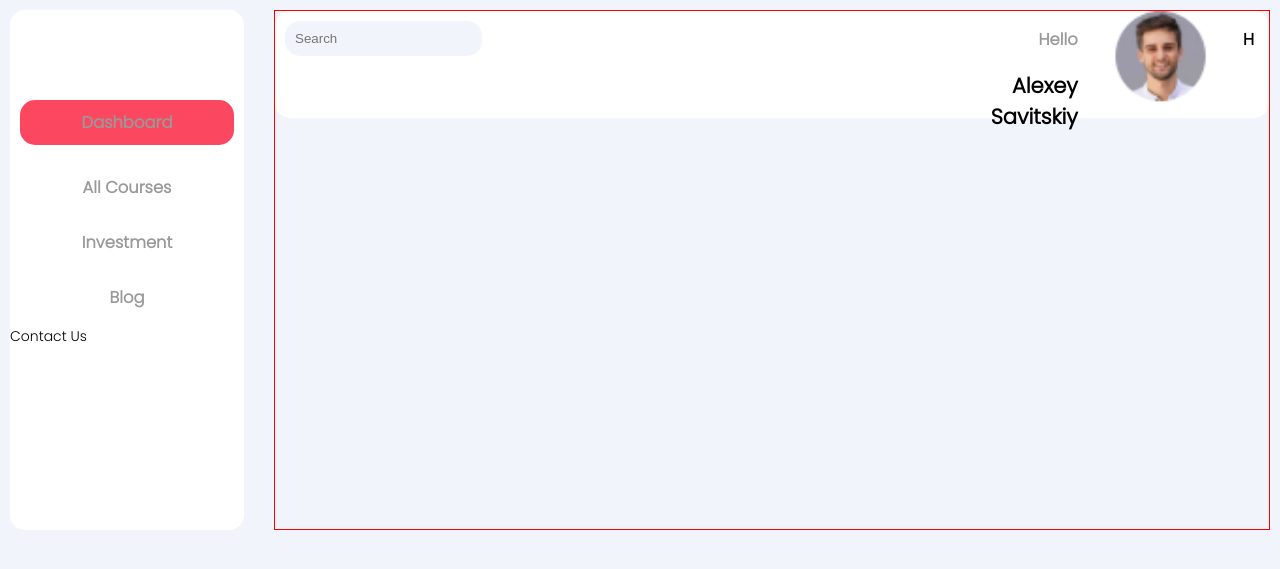
Repository: Anuruddha00/dashboard-design
Page: /
An editor plug-in stored every save of this project. The page is shown before and after the next save, followed by the edit.
The browser window is 1280 px wide. The pictures show the whole page.
The project was rebuilt for these pictures with package versions that can differ from the ones it lists, and the page was loaded fresh each time.

Above is the page before, as saved 2021-05-07 00:45:35.

### public/index.html
<!DOCTYPE html>
<html lang="en">
  <head>
    <meta charset="utf-8" />
    <link rel="icon" href="%PUBLIC_URL%/favicon.ico" />
    <meta name="viewport" content="width=device-width, initial-scale=1" />
    <meta name="theme-color" content="#000000" />
    <meta
      name="description"
      content="Web site created using create-react-app"
    />
    <link rel="apple-touch-icon" href="%PUBLIC_URL%/logo192.png" />

    <link rel="preconnect" href="https://fonts.gstatic.com">
    <link href="https://fonts.googleapis.com/css2?family=Poppins:wght@300&display=swap" rel="stylesheet">

    <!--
      manifest.json provides metadata used when your web app is installed on a
      user's mobile device or desktop. See https://developers.google.com/web/fundamentals/web-app-manifest/
    -->
    <link rel="manifest" href="%PUBLIC_URL%/manifest.json" />
    <!--
      Notice the use of %PUBLIC_URL% in the tags above.
      It will be replaced with the URL of the `public` folder during the build.
      Only files inside the `public` folder can be referenced from the HTML.

      Unlike "/favicon.ico" or "favicon.ico", "%PUBLIC_URL%/favicon.ico" will
      work correctly both with client-side routing and a non-root public URL.
      Learn how to configure a non-root public URL by running `npm run build`.
    -->
    <title>React App</title>
  </head>
  <body>
    <noscript>You need to enable JavaScript to run this app.</noscript>
    <div id="root"></div>
    <!--
      This HTML file is a template.
      If you open it directly in the browser, you will see an empty page.

      You can add webfonts, meta tags, or analytics to this file.
      The build step will place the bundled scripts into the <body> tag.

      To begin the development, run `npm start` or `yarn start`.
      To create a production bundle, use `npm run build` or `yarn build`.
    -->
  </body>
</html>

### src/index.js
import React from 'react';
import ReactDOM from 'react-dom';
import Dashboard from './containers/Dashboard/Dashboard';
import reportWebVitals from './reportWebVitals';

ReactDOM.render(
  <React.StrictMode>
    <Dashboard />
  </React.StrictMode>,
  document.getElementById('root')
);

// If you want to start measuring performance in your app, pass a function
// to log results (for example: reportWebVitals(console.log))
// or send to an analytics endpoint. Learn more: https://bit.ly/CRA-vitals
reportWebVitals();

### src/containers/Dashboard/Dashboard.js
import React from 'react';
import './Dashboard.scss';

const dashboard = () =>{

    return(
        <div className='container'>
            <div className='dashboard'>
                <div className='dashboardSideBar'>
                   <div className='dashboardSideBarTitle'>
                        <h3 className='dashboardSideBarTitleDashboard'>Dashboard</h3>
                        <h3>All Courses</h3>
                        <h3>Investment</h3>
                        <h3>Blog</h3>
                   </div>
                   <p>Contact Us</p>
                </div>
                <div className='dashboardMenu'>
                    <section className='content'>
                        <nav className='contentNavbar'>
                            <div className='contentNavbarSearch'>
                                <form>
                                    <input type='text' placeholder='Search'/>
                                </form>
                            </div>
                            <div className='contentNavbarProfile'>
                                <div className='contentNavbarProfileName'>
                                    <h3>Hello</h3>
                                    <h2>Alexey Savitskiy</h2>
                                </div>
                                <img src='./assets/Image 9.png'/>
                                <h1>H</h1>
                            </div>
                        </nav>
                   </section>

                   <section>

                   </section>
                </div>
            </div>
        </div>
    )

}
export default dashboard;


{/* <nav className ='navBar'>
                    <div className='navBarContent'>
                        <div className='navBarContentSearch'>
                            <form className='navBarContentSearchField'>
                                <input type='text' placeholder='Search'/>
                            </form>
                        </div>
                        <div className='navBarContentProfile'>
                            <div className='navBarContentProfileName'>
                                <h2>Hello</h2>
                                <h2>Alexey Savitskiy</h2>
                            </div>
                            <img src='./assets/Image 9.png'/>
                            <h1>H</h1>
                        </div>
                    </div>
                </nav> */}

### src/containers/Dashboard/Dashboard.scss

body{
    margin: 0;
    padding: 0;
    font-size: 0.875rem;
    font-family: 'Poppins', sans-serif;

}

.container{
    background: #f1f5fb;
    height: 100vh;

    .dashboard{
        display: grid;
        grid-template-columns: 1fr 4fr;
        gap:10px;
        grid-auto-rows: minmax(100px, auto);

        &SideBar{
            grid-column: 1;
            grid-row: 1 / 6;
            border-radius: 15px;
            background: #ffffff;
            margin: 10px;

            &Title{
                margin-top: 90px;

                &Dashboard{
                    background:#fc4760;
                    border-radius: 15px;
                    text-align: center;
                    padding: 10px 10px 10px 10px;
                    margin: 10px 10px 10px 10px;
                    color: #ffffff;

                }
                h3{
                    text-align: center;
                    margin-top: 30px;
                    color: #9a9999;
                }
            }
        }
        &Menu{
            border: 1px solid red;
            grid-column: 2;
            grid-row: 1 / 6;
            margin: 10px;

            .content{
                display: grid;
                grid-template-rows:1fr 3fr ;
                gap:10px;

                &Navbar{
                    display: flex;
                    justify-content: space-between;
                    background: #ffffff;
                    border-radius: 15px;

                    &Search{

                        input{
                            background: #f1f5fb;
                            border-style: none;
                            padding:10px;
                            margin: 10px;
                            border-radius: 15px;
                        }
                    }
                    &Profile{
                        display: flex;
                        flex-direction: row;
                        gap: 2em;
                        margin-right: 15px;

                        &Name{
                            text-align: end;

                            h3{
                                color: #9a9999;

                            }
                        }
                    }
                }
            }
        }
    }
}


// .navBar{
//     display: flex;
//     justify-content: end;
//     border: 1px solid #ffffff;
//     background:#ffffff;

//     &Content{
//         display: flex;


//         &Search{

//             &Field{

//             }
//         }
//         &Profile{

//             &Name{

//             }
//             display: flex;
//             gap: 1em;
//         }
//     }
// }

Loaded but not shown: src/reportWebVitals.js (common file)

After the next save:
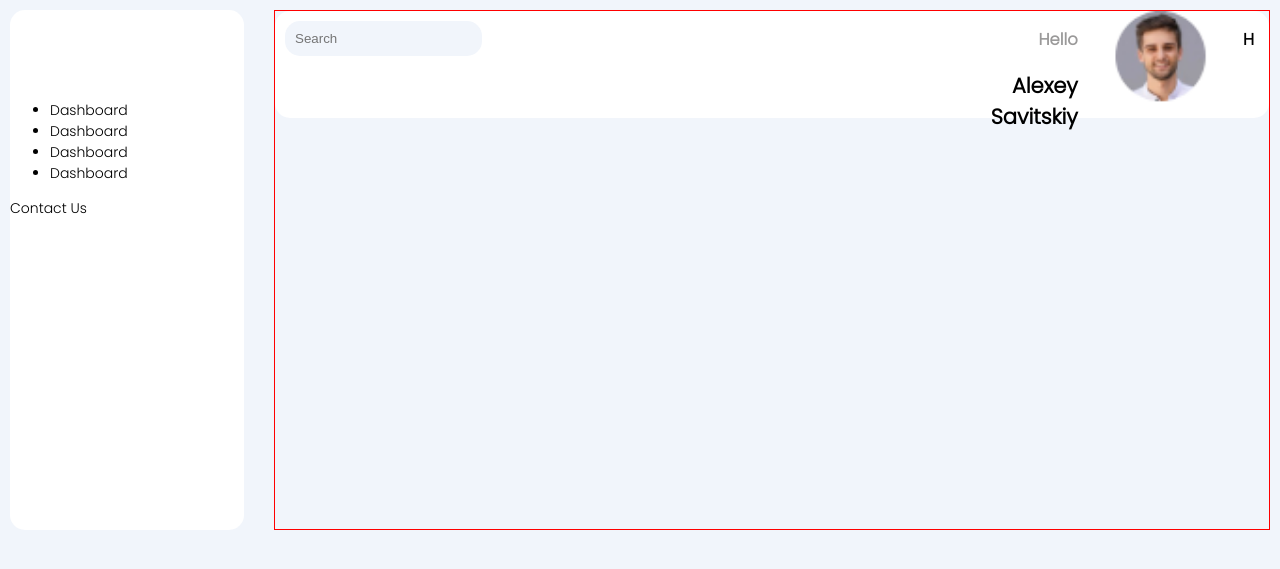
Saved 62 s later.
--- a/src/containers/Dashboard/Dashboard.js
+++ b/src/containers/Dashboard/Dashboard.js
@@ -8,10 +8,16 @@ const dashboard = () =>{
             <div className='dashboard'>
                 <div className='dashboardSideBar'>
                    <div className='dashboardSideBarTitle'>
-                        <h3 className='dashboardSideBarTitleDashboard'>Dashboard</h3>
+                        {/* <h3 className='dashboardSideBarTitleDashboard'>Dashboard</h3>
                         <h3>All Courses</h3>
                         <h3>Investment</h3>
-                        <h3>Blog</h3>
+                        <h3>Blog</h3> */}
+                        <ul>
+                            <li>Dashboard</li>
+                            <li>Dashboard</li>
+                            <li>Dashboard</li>
+                            <li>Dashboard</li>
+                        </ul>
                    </div>
                    <p>Contact Us</p>
                 </div>
